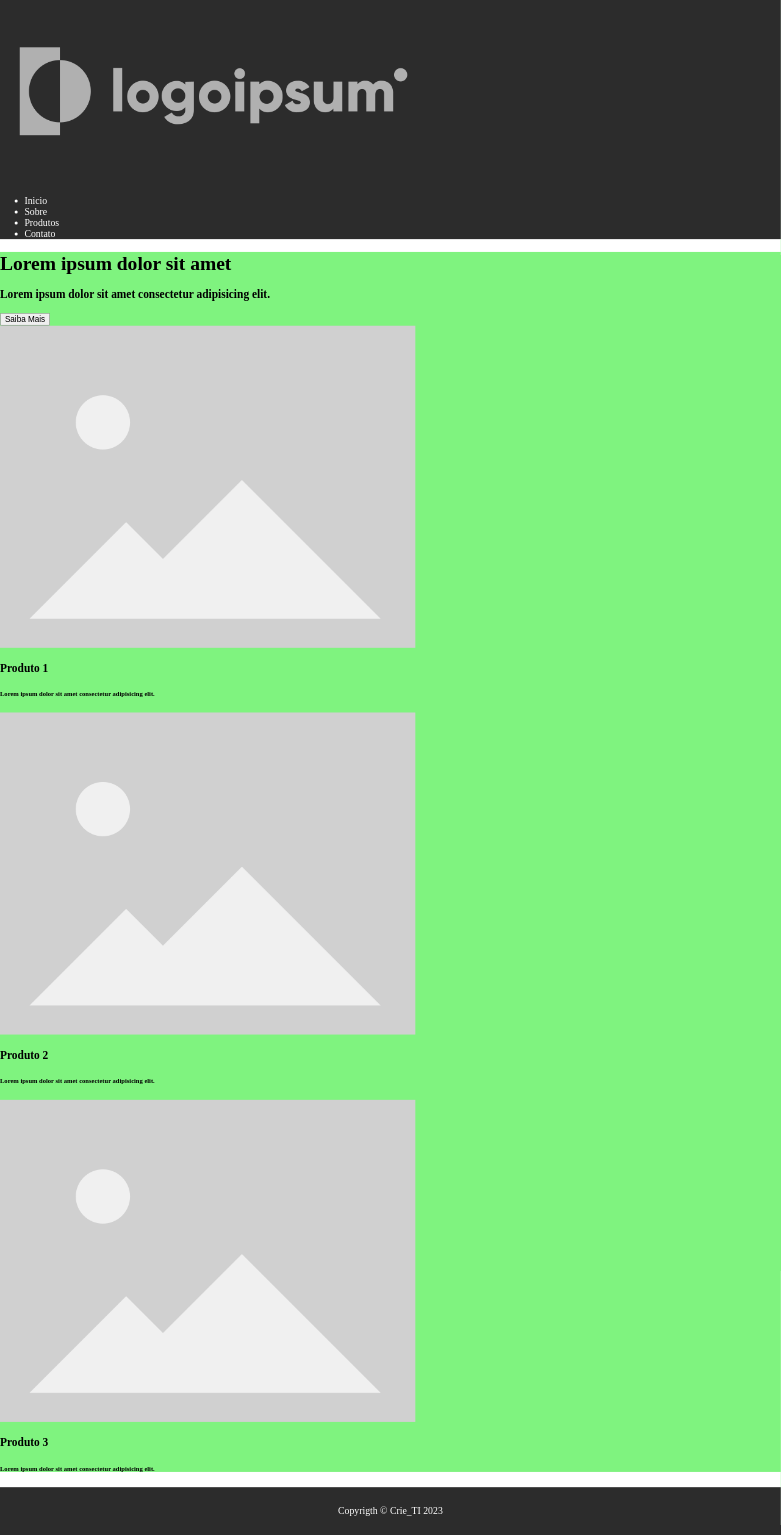
Repository: robsonwssantos/Projeto_Olaria
Page: Exercicios/ex.01/index.html
An editor plug-in stored every save of this project. The page is shown before and after the next save, followed by the edit.
The browser window is 1280 px wide. The pictures show the whole page, at 61% of full size.

Above is the page before, as saved 2023-04-20 22:15:35.

After the next save:
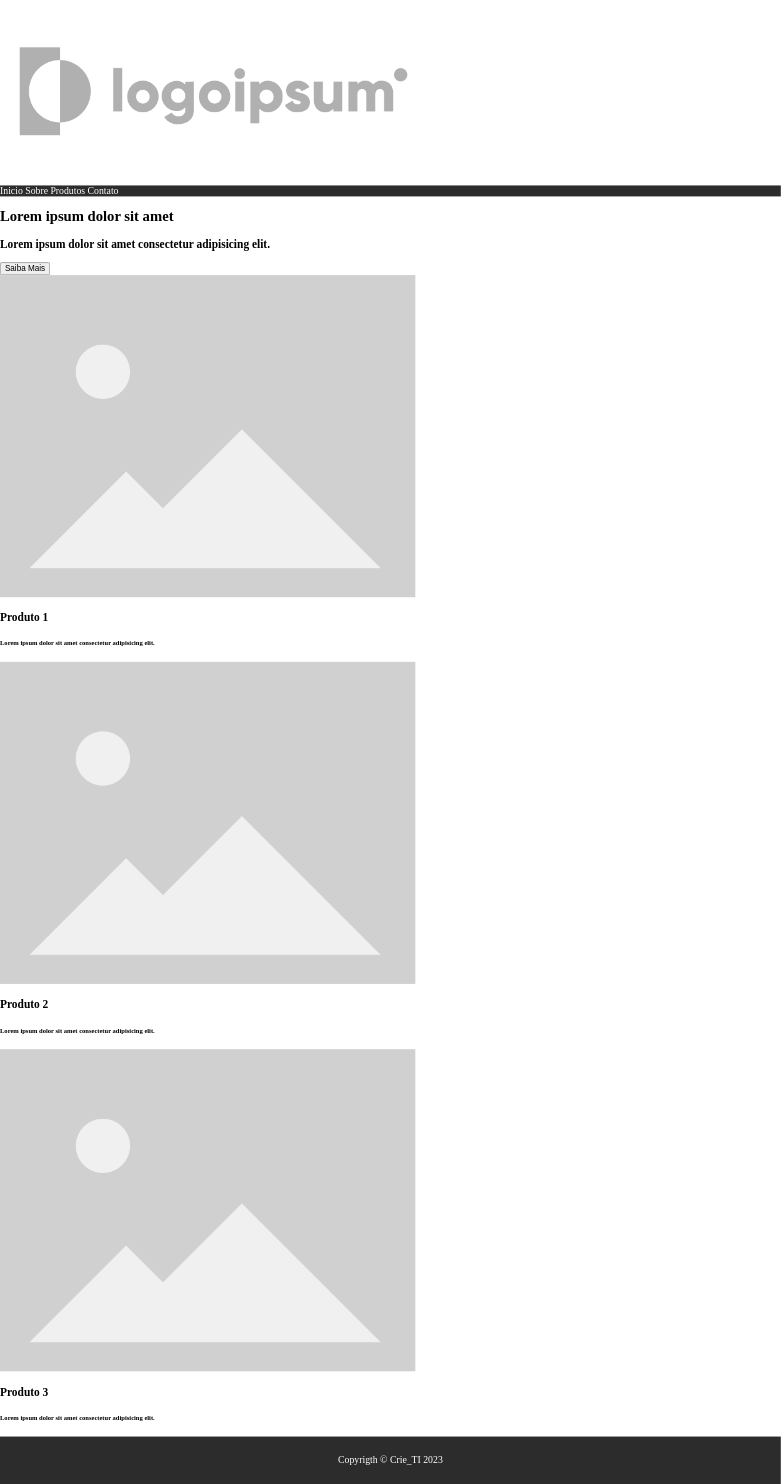
Saved 11 h 48 min later.
--- a/Exercicios/ex.01/index.html
+++ b/Exercicios/ex.01/index.html
@@ -16,7 +16,7 @@
             background-color: rgb(44, 44, 44);
         }
 
-        main {
+        botao {
             background-color: rgb(127, 243, 127);
         }
 
@@ -36,37 +36,42 @@
 </head>
 <body>
     <header>
+
+        <img src="logo.png" alt="">
         <nav>
-           <img src="logo.png" alt="">
-           <ul>
-                <li>Inicio</li>
-                <li>Sobre</li>
-                <li>Produtos</li>
-                <li>Contato</li>
-           </ul>
+            <a>Inicio</a>
+            <a>Sobre</a>
+            <a>Produtos</a>
+            <a>Contato</a>
         </nav>
+
     </header>
    <main>
-        <div>
-            <h1>Lorem ipsum dolor sit amet</h1>
-            <h3>Lorem ipsum dolor sit amet consectetur adipisicing elit.</h3>
-            <button>Saiba Mais</button>
-        </div>
-        <div>
-            <img src="placeholder.png" alt="">
-            <h3>Produto 1</h3>
-            <h6>Lorem ipsum dolor sit amet consectetur adipisicing elit.</h6>
-        </div>
-        <div>
-            <img src="placeholder.png" alt="">
-            <h3>Produto 2</h3>
-            <h6>Lorem ipsum dolor sit amet consectetur adipisicing elit.</h6>
-        </div>
-        <div>
-            <img src="placeholder.png" alt="">
-            <h3>Produto 3</h3>
-            <h6>Lorem ipsum dolor sit amet consectetur adipisicing elit.</h6>
-        </div>
+        <section class="botao">
+            <div>
+                <h1>Lorem ipsum dolor sit amet</h1>
+                <h3>Lorem ipsum dolor sit amet consectetur adipisicing elit.</h3>
+                <button>Saiba Mais</button>
+            </div>
+        </section>
+
+        <section>
+            <div>
+                <img src="placeholder.png" alt="">
+                <h3>Produto 1</h3>
+                <h6>Lorem ipsum dolor sit amet consectetur adipisicing elit.</h6>
+            </div>
+            <div>
+                <img src="placeholder.png" alt="">
+                <h3>Produto 2</h3>
+                <h6>Lorem ipsum dolor sit amet consectetur adipisicing elit.</h6>
+            </div>
+            <div>
+                <img src="placeholder.png" alt="">
+                <h3>Produto 3</h3>
+                <h6>Lorem ipsum dolor sit amet consectetur adipisicing elit.</h6>
+            </div>
+        </section>
    </main>
 
     <footer>
